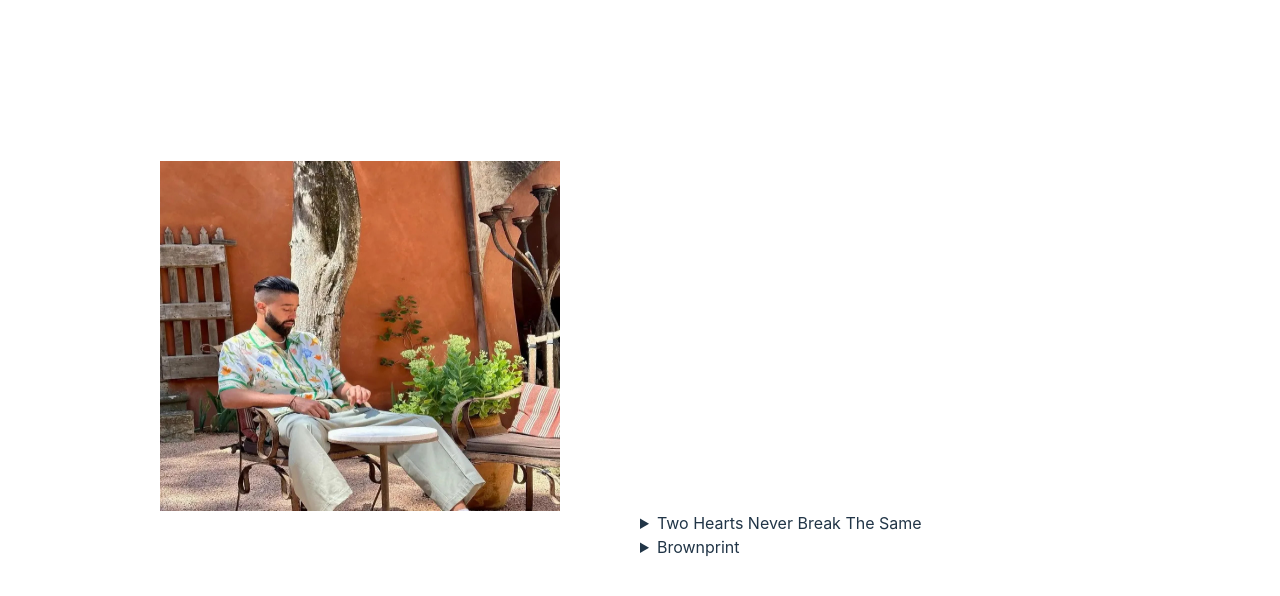
Repository: GavinPahal/my_app
Page: / (app in react/)
These files come from the project's save history. The page is drawn as it stood at one moment and after the next save; the edit follows.
The browser window is 1280 px wide. The pictures show the whole page.
The project was rebuilt for these pictures with package versions that can differ from the ones it lists, and the page was loaded fresh each time. Also part of the build but not shown: react/vite.config.js.

Above is the page before, as saved 2024-09-14 11:26:43.

After the next save:
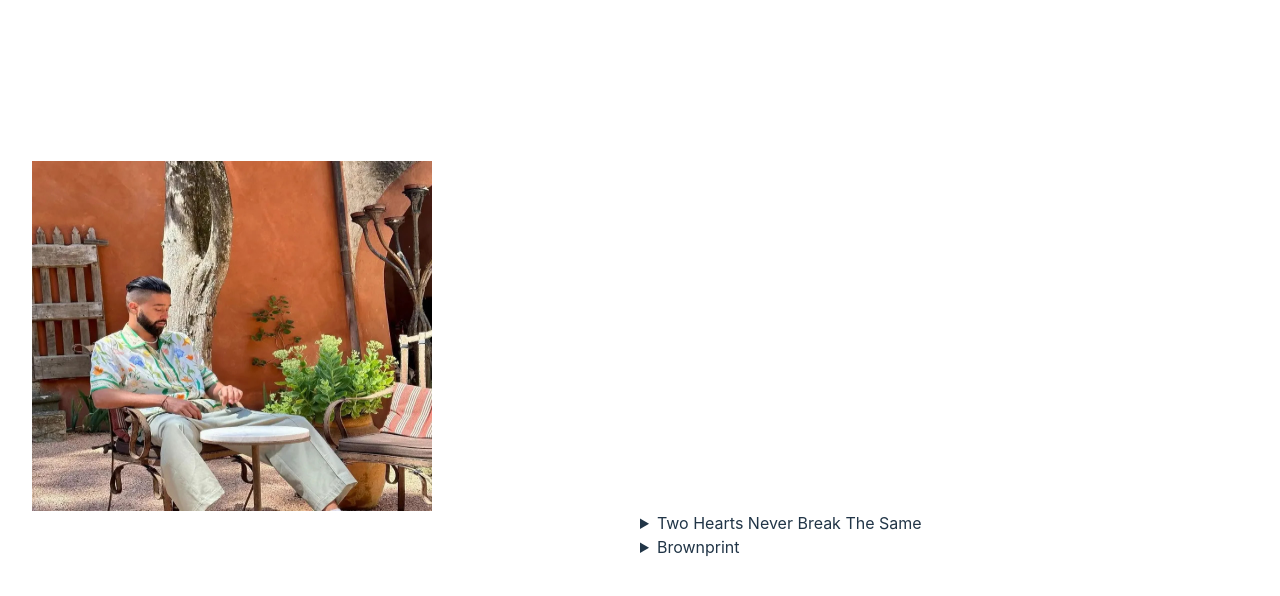
Saved 25 s later.
--- a/react/src/App.css
+++ b/react/src/App.css
@@ -1,7 +1,7 @@
 .image{
   display: flex;
   padding-top: 10rem;
-  padding-left: 10rem;
+  padding-left: 2rem;
 }
 
 
